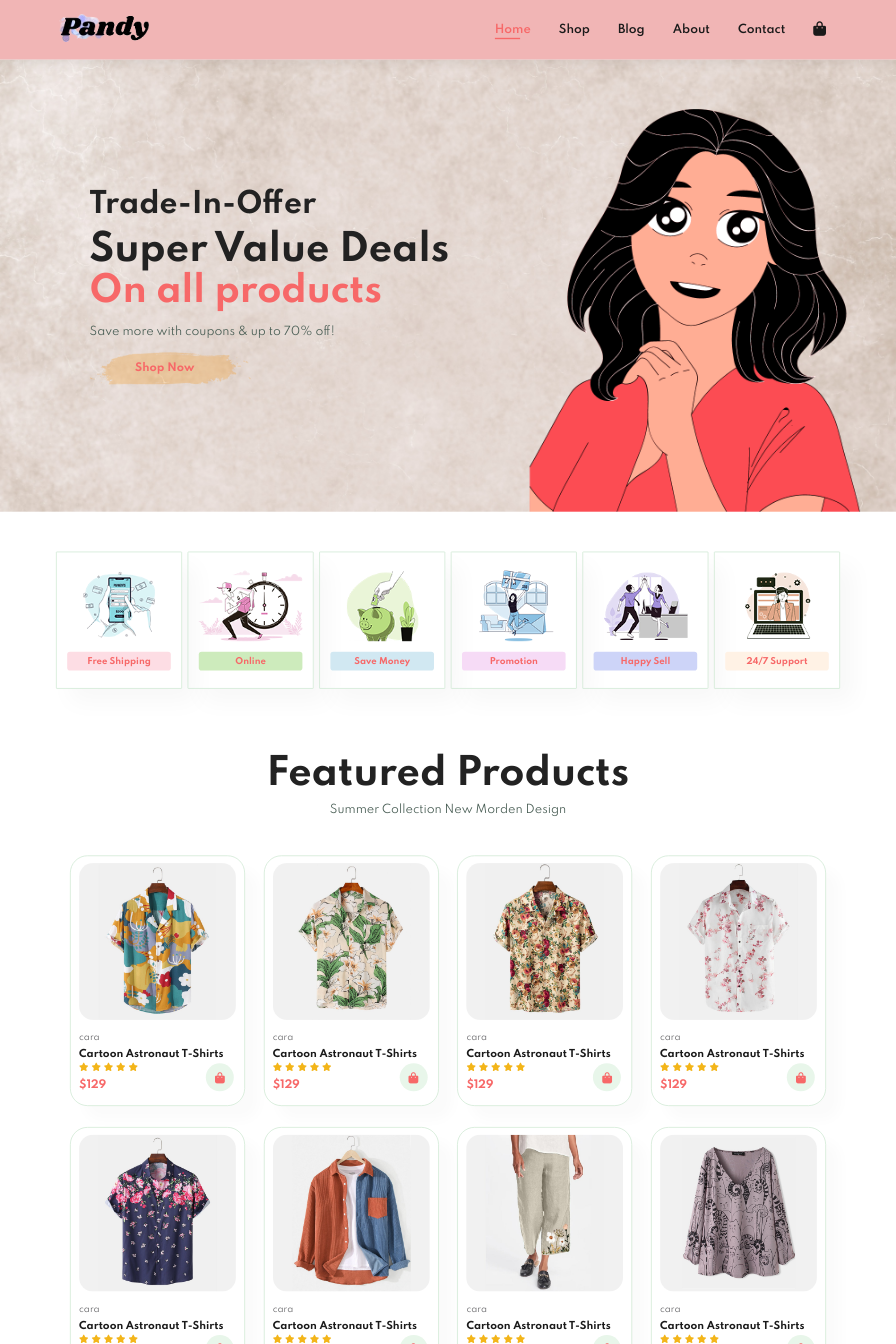
Repository: NassimeElkamari/Pandy-store-Frontend
Page: index.html
The author's editor kept a copy of each file at every save. The page is drawn from the files as they stood at one save, then again after the next save.
The browser window is 1280 px wide. The pictures show the part of the page from y = 0 to 1920 px (the page is 3800 px tall), at 70% of full size.

Above is the page before, as saved 2024-10-05 12:27:48.

### index.html
<!DOCTYPE html>
<html lang="en">
<head>
    <meta charset="UTF-8">
    <title>Pandy store</title>
    <link rel="stylesheet" href="style.css">
    <link rel="stylesheet" href="https://cdnjs.cloudflare.com/ajax/libs/font-awesome/6.5.1/css/all.min.css">
    <link rel="icon" href="img/favicon.ico">
</head>
<body>
    <!--Header-->
    <header id="Header">
        <a href="#"><img src="img/logo (1).png" class="logo"></a>
        <nav>
            <ul id="navbar">
                <li><a href="index.html" class="active">Home</a></li>
                <li><a href="shop.html" class="n-active">Shop</a></li>
                <li><a href="blog.html" class="n-active">Blog</a></li>
                <li><a href="about.html" class="n-active">About</a></li>
                <li><a href="contact.html" class="n-active">Contact</a></li>
                <li class="lg-bag"><a href="cart.html"><i class="fa-solid fa-bag-shopping head-cart"></i></a></li>
                <a id="Close" href="#"><i class="fa-solid fa-xmark"></i></a>
            </ul>
        </nav>
        <div id="mobile">
            <a href="cart.html"><i class="fa-solid fa-bag-shopping head-cart"></i></a>
            <i id="bar" class="fa-solid fa-bars"></i>
        </div>
    </header>

    <!--Hero section-->
    <section id="img-slider">
        <div class="slide active">
            <img src="img/img1.png" >
            <div class="info">
                <h4 class="select-none">Trade-In-Offer</h4>
                <h2 class="select-none">Super Value Deals</h2>
                <h1 class="select-none">On all products</h1>
                <p class="select-none">Save more with coupons & up to 70% off!</p>
                <button>Shop Now</button>
            </div>
        </div>
    </section>

    <!--Feature Section-->

    <section id="feature" class="section-p1">
        <div class="fe-box">
            <img src="img/features (1)/f1.png" >
            <h6>Free Shipping</h6>
        </div>
        <div class="fe-box">
            <img src="img/features (1)/f2.png" >
            <h6>Online</h6>
        </div>
        <div class="fe-box">
            <img src="img/features (1)/f3.png" >
            <h6>Save Money</h6>
        </div>
        <div class="fe-box">
            <img src="img/features (1)/f4.png" >
            <h6>Promotion</h6>
        </div>
        <div class="fe-box">
            <img src="img/features (1)/f5.png" >
            <h6>Happy Sell</h6>
        </div>
        <div class="fe-box">
            <img src="img/features (1)/f6.png" >
            <h6>24/7 Support</h6>
        </div>
    </section>

    <!--Products-->
    <section class="section-p1" id="product1">
        <h2>Featured Products</h2>
        <p>Summer Collection New Morden Design</p>
        <div class="pro-container">
            <div class="pro">
                <img src="img/products (1)/f1.jpg" >
                <div class="des">
                    <span>cara</span>
                    <h5>Cartoon Astronaut T-Shirts</h5>
                    <div class="star">
                        <i class="fa-solid fa-star"></i>
                        <i class="fa-solid fa-star"></i>
                        <i class="fa-solid fa-star"></i>
                        <i class="fa-solid fa-star"></i>
                        <i class="fa-solid fa-star"></i>
                    </div>
                    <h4>$129</h4>
                </div>
                <a href="cart.html" class="cart">
                    <i class="fa-solid fa-bag-shopping"></i>
                </a>
            </div>
            <div class="pro">
                <img src="img/products (1)/f2.jpg" >
                <div class="des">
                    <span>cara</span>
                    <h5>Cartoon Astronaut T-Shirts</h5>
                    <div class="star">
                        <i class="fa-solid fa-star"></i>
                        <i class="fa-solid fa-star"></i>
                        <i class="fa-solid fa-star"></i>
                        <i class="fa-solid fa-star"></i>
                        <i class="fa-solid fa-star"></i>
                    </div>
                    <h4>$129</h4>
                </div>
                <a href="cart.html" class="cart">
                    <i class="fa-solid fa-bag-shopping"></i>
                </a>
            </div>
            <div class="pro">
                <img src="img/products (1)/f3.jpg" >
                <div class="des">
                    <span>cara</span>
                    <h5>Cartoon Astronaut T-Shirts</h5>
                    <div class="star">
                        <i class="fa-solid fa-star"></i>
                        <i class="fa-solid fa-star"></i>
                        <i class="fa-solid fa-star"></i>
                        <i class="fa-solid fa-star"></i>
                        <i class="fa-solid fa-star"></i>
                    </div>
                    <h4>$129</h4>
                </div>
                <a href="cart.html" class="cart">
                    <i class="fa-solid fa-bag-shopping"></i>
                </a>
            </div>
            <div class="pro">
                <img src="img/products (1)/f4.jpg" >
                <div class="des">
                    <span>cara</span>
                    <h5>Cartoon Astronaut T-Shirts</h5>
                    <div class="star">
                        <i class="fa-solid fa-star"></i>
                        <i class="fa-solid fa-star"></i>
                        <i class="fa-solid fa-star"></i>
                        <i class="fa-solid fa-star"></i>
                        <i class="fa-solid fa-star"></i>
                    </div>
                    <h4>$129</h4>
                </div>
                <a href="cart.html" class="cart">
                    <i class="fa-solid fa-bag-shopping"></i>
                </a>
            </div>
            <div class="pro">
                <img src="img/products (1)/f5.jpg" >
                <div class="des">
                    <span>cara</span>
                    <h5>Cartoon Astronaut T-Shirts</h5>
                    <div class="star">
                        <i class="fa-solid fa-star"></i>
                        <i class="fa-solid fa-star"></i>
                        <i class="fa-solid fa-star"></i>
                        <i class="fa-solid fa-star"></i>
                        <i class="fa-solid fa-star"></i>
                    </div>
                    <h4>$129</h4>
                </div>
                <a href="cart.html" class="cart">
                    <i class="fa-solid fa-bag-shopping"></i>
                </a>
            </div>
            <div class="pro">
                <img src="img/products (1)/f6.jpg" >
                <div class="des">
                    <span>cara</span>
                    <h5>Cartoon Astronaut T-Shirts</h5>
                    <div class="star">
                        <i class="fa-solid fa-star"></i>
                        <i class="fa-solid fa-star"></i>
                        <i class="fa-solid fa-star"></i>
                        <i class="fa-solid fa-star"></i>
                        <i class="fa-solid fa-star"></i>
                    </div>
                    <h4>$129</h4>
                </div>
                <a href="cart.html" class="cart">
                    <i class="fa-solid fa-bag-shopping"></i>
                </a>
            </div>
            <div class="pro">
                <img src="img/products (1)/f7.jpg" >
                <div class="des">
                    <span>cara</span>
                    <h5>Cartoon Astronaut T-Shirts</h5>
                    <div class="star">
                        <i class="fa-solid fa-star"></i>
                        <i class="fa-solid fa-star"></i>
                        <i class="fa-solid fa-star"></i>
                        <i class="fa-solid fa-star"></i>
                        <i class="fa-solid fa-star"></i>
                    </div>
                    <h4>$129</h4>
                </div>
                <a href="cart.html" class="cart">
                    <i class="fa-solid fa-bag-shopping"></i>
                </a>
            </div>
            <div class="pro">
                <img src="img/products (1)/f8.jpg" >
                <div class="des">
                    <span>cara</span>
                    <h5>Cartoon Astronaut T-Shirts</h5>
                    <div class="star">
                        <i class="fa-solid fa-star"></i>
                        <i class="fa-solid fa-star"></i>
                        <i class="fa-solid fa-star"></i>
                        <i class="fa-solid fa-star"></i>
                        <i class="fa-solid fa-star"></i>
                    </div>
                    <h4>$129</h4>
                </div>
                <a href="cart.html" class="cart">
                    <i class="fa-solid fa-bag-shopping"></i>
                </a>
            </div>
        </div>
    </section>

    <!--Call to Action-->
    <section id="banner" class="section-m1">
        <h4>Repair Services</h4>
        <h2>Up to <span>70% Off</span> All t-shirt & Accessories</h2>
        <button class="normal">Explore More</button>
    </section>

    <!--Small Banner-->
    <section id="sm-banner" class="section-p1">
        <div class="banner-box">
            <h4>Crazy deals</h4>
            <h2>buy 1 get 1 free</h2>
            <span>The best classic dress is on sale at cara</span>
            <button class="white">Learn More</button>
        </div>
        <div class="banner-box">
            <h4>spring summer</h4>
            <h2>upcoming season</h2>
            <span>The best classic dress is on sale at cara</span>
            <button class="white">Collection</button>
        </div>
    </section>

    <!--Features banner-->
    <section id="banner3">
        <div class="banner-box">
            <h4>SEASON SALE</h4>
            <h3>winter Collection -50% OFF</h3>
        </div>
        <div class="banner-box">
            <h4>NEW FOOTWEAR COLLECTION</h4>
            <h3>spring / summer 2024</h3>
        </div>
        <div class="banner-box">
            <h4>T-SHIRT</h4>
            <h3>New Trendy Prints</h3>
        </div>
    </section>

    <!--NewsLetter-->
    <section id="newsletter" class="section-p1 section-m1">
        <div class="newstext">
        <h4>Sign Up For NewsLetters</h4>
        <p>Get E-mail updates about our latest shop and <span>special offers.</span></p>
        </div>
        <form class="form">
            <input type="text" placeholder="Your email address"/>
            <button class="normal" type="submit">Sign Up</button>
        </form>
    </section>

    <!--Footer-->
    <footer class="section-p1">
        <div class="col">
            <img src="img/logo (1).png" class="logo">
            <h4>Contact</h4>
            <p><strong>Address: </strong>Bettana Salé</p>
            <p><strong>Phone: </strong>+212697690746</p>
            <p><strong>Hours: </strong>10:00 - 18:00, Mon - Sat</p>
            <div class="follow">
                <h4>Follow us</h4>
                <div class="icon">
                    <i class="fa-brands fa-facebook"></i>
                    <i class="fa-brands fa-instagram"></i>
                    <i class="fa-brands fa-linkedin"></i>
                    <i class="fa-brands fa-twitter"></i>
                </div>
            </div>
        </div>
        <div class="col">
            <h4>About</h4>
            <a href="about.html">About Us</a>
            <a href="blog.html">Delivery Information</a>
            <a href="blog.html">Privacy Policy</a>
            <a href="blog.html">Terms &amp; Conditions</a>
            <a href="contact.html">Contact Us</a>
        </div>
        <div class="col">
            <h4>My Account</h4>
            <a href="#">Sign In</a>
            <a href="cart.html">View Cart</a>
            <a href="shop.html">My WishList</a>
            <a href="product.html">Track My Order</a>
            <a href="contact.html">Help</a>
        </div>
        <div class="col install">
            <h4>Install App</h4>
            <p>From App Store or Google Play</p>
            <div class="row">
                <img src="img/pay (1)/app.jpg" >
                <img src="img/pay (1)/play.jpg" >
            </div>
            <p>Secured Payment Gateways</p>
            <img src="img/pay (1)/pay.png" >
        </div>
        <div class="copyright">
            <p>@2024 NassimeElkamari. All Rights Reserved</p>
        </div>
    </footer>

    <script src="main.js"></script>
</body>
</html>

### style.css
/* google font */
@import url('https://fonts.googleapis.com/css2?family=Spartan:wght@100;200;300;400;500;600;700;800;900&display=swap');

:root {
  --primary-color: #f76868;
}

* {
  margin: 0;
  padding: 0;
  box-sizing: border-box;
  font-family: 'Spartan', sans-serif;
}

html {
  scroll-behavior: smooth;
}

/********** Global Styles ************/

h1 {
  font-size: 3.125rem;
  line-height: 4rem;
  color: #222;
}

h2 {
  font-size: 3.255rem;
  line-height: 3.375rem;
  color: #222;
}

h4 {
  font-size: 2.5rem;
  color: #222;
}

h6 {
  font-weight: 700;
  font-size: 12px;
}

p {
  font-size: 16px;
  color: #465b52;
  margin: 15px 0 20px 0;
}

a {
  text-decoration: none;
}

.section-p1 {
  padding: 40px 80px;
}

.section-m1 {
  margin: 40px 0;
}

button.normal {
  font-size: 14px;
  font-weight: 600;
  padding: 15px 30px;
  color: #000;
  background-color: #fff;
  border-radius: 5px;
  cursor: pointer;
  border: none;
  outline: none;
  transition: all 0.3s ease;
}

button.white {
  font-size: 13px;
  font-weight: 600;
  padding: 11px 18px;
  color: #ffffff;
  background-color: transparent;
  cursor: pointer;
  border: 1px solid white;
  outline: none;
  transition: all 0.3s ease;
}

/* header section */

#Header{
    display: flex;
    justify-content: space-between;
    align-items: center;
    padding: 20px 80px;
    background: #f1b5b5;
    box-shadow: 0 5px 15px rgba(0, 0 , 0 , 0.06);
    position: sticky;
    top: 0;
    left: 0;
    z-index: 10;
}

#navbar{
    display: flex;
    align-items: center;
    justify-content: center;
    list-style: none;
}

#navbar li{
    padding: 0 20px;
    position: relative;
}

#navbar li a{
    font-size: 1rem;
    font-weight: 600;
    color: #1a1a1a;
    transition: all 0.3s ease;
}

#navbar li a:hover,
#navbar li a.active {
    color: var(--primary-color);
    transition: 0.5s;
}


#navbar li a::after {
    content: '';
    width: 0;
    height: 2px;
    background-color: var(--primary-color);
    position: absolute;
    bottom: -4px;
    left: 20px;
    transition: 0.4s;
}

#navbar li a:hover::after{
    width: 40%;
}

#navbar li a.active::after{
    width: 40%;
}

.head-cart{
    font-size: 1.3rem;
}

#mobile{
    display: none;
}

#Close{
    display: none;
}

/* hero section*/

#img-slider{
    height: 90vh;
    width: 100%;
    display: flex;
    justify-content: center;
    align-items: center;
    position: relative;
    overflow: hidden;
}

#img-slider .slide img{
    object-fit: cover;
    width: 100vw;
    height: 90vh;
    object-position: top right;
    position: relative;
}

#img-slider .slide .info{
    z-index: 1;
    position: absolute;
    top: 50%;
    transform: translateY(-50%);
    display: flex;
    flex-direction: column;
    align-items: flex-start;
    justify-content: center;
    padding-left: 10%;
}

.select-none{
    user-select: none;
}

#img-slider .slide .info h4{
    padding-bottom: 15px;

}

#img-slider .slide .info h1{
    color: var(--primary-color);
}

#img-slider .slide .info button{
    background: url(img/button\ \(1\).png);
    background-color: transparent;
    color: var(--primary-color);
    border: 0;
    padding: 14px 80px 14px 65px;
    font-size: 15px;
    font-weight: 700;
}

/* feature section*/

#feature{
    display: flex;
    align-items: center;
    justify-content: space-between;
    flex-wrap: wrap;
}

#feature .fe-box{
    width: 180px;
    text-align: center;
    padding: 25px 15px;
    box-shadow: 20px 20px 34px rgba(0, 0 , 0 , 0.03);
    border: 1px solid #cce7d0;
    border-radius: 1px;
    margin: 15px 0;
    cursor: pointer;
    transition: all 0.3s linear;
}

#feature .fe-box:hover{
    box-shadow: 10px 10px 54px rgba(70, 62 , 221 , 0.1);
}

#feature .fe-box img{
    width: 100%;
    margin-bottom: 10px;
}

#feature .fe-box h6{
    padding: 9px 8px 6px 8px;
    background-color: #fddde4;
    border-radius: 4px;
    color: var(--primary-color);
    line-height: 1;
}

#feature .fe-box:nth-child(2) h6{
    background-color: #cdebbc;
}

#feature .fe-box:nth-child(3) h6{
    background-color: #d1e8f2;
}

#feature .fe-box:nth-child(4) h6{
    background-color: #f6dbf6;
}

#feature .fe-box:nth-child(5) h6{
    background-color: #cdd4f8;
}

#feature .fe-box:nth-child(6) h6{
    background-color: #fff2e5;
}

/* product section */

#product1{
    text-align: center;
}

#product1 .pro-container{
    padding: 20px;
    display: flex;
    justify-content: space-between;
    flex-wrap: wrap;
    align-items: center;
}

#product1 .pro-container .pro{
    width: 23%;
    min-width: 250px;
    padding: 10px 12px;
    border: 1px solid #cce7d0;
    border-radius: 25px;
    cursor: pointer;
    box-shadow: 20px 20px 20px rgba(0, 0 , 0 , 0.02);
    margin: 15px 0;
    transition: all 0.3s linear;
    position: relative;
}

#product1 .pro-container .pro:hover{
    box-shadow: 20px 20px 20px rgba(0, 0 , 0 , 0.15);
}

#product1 .pro-container .pro img{
    width: 100%;
    border-radius: 20px;
}

#product1 .pro .des{
    text-align: start;
    padding: 10px 0 ;
}

#product1 .pro .des span{
    color: #606063;
    font-size: 12px;
}

#product1 .pro .des h5{
    padding-top: 7px;
    color: #1a1a1a;
    font-size: 14px;
}

#product1 .pro .des i{
    font-size: 12px;
    color: rgb(243, 181, 25);
}

#product1 .pro .des h4{
    padding-top: 7px;
    font-weight: 700;
    font-size: 15px;
    color: var(--primary-color);
}

#product1 .pro .cart i{
    width: 40px;
    line-height: 40px;
    background-color: #e8f6ea;
    border-radius: 50px;
    color: var(--primary-color);
    position: absolute;
    bottom: 20px;
    right: 15px;
}

/* Call to Action*/

#banner{
    background: url(img/banner/b2\ \(1\).jpg) center/cover;
    height: 40vh;
    width: 100%;
    text-align: center;
    display: flex;
    flex-direction: column;
    align-items: center;
    justify-content: center;
}

#banner h4{
    color: white;
    font-size: 16px;
}

#banner h2{
    color: white;
    font-size: 30px;
    padding: 10px 0;
}

#banner h2 span{
    color: #ef3636;
}

#banner .normal:hover{
    background-color: var(--primary-color);
    color: #fff;
}

/* small box*/

#sm-banner{
    display: flex;
    justify-content: space-around;
    flex-wrap: wrap;
}

#sm-banner .banner-box{
    background: url(img/img1.jpg) center/cover;
    height: 50vh;
    min-width: 47%;
    display: flex;
    align-items: start;
    justify-content: center;
    flex-direction: column;
    padding: 30px;
}

#sm-banner .banner-box h4{
    color: white;
    font-size: 20px;
    font-weight: 300;
}

#sm-banner .banner-box h2{
    color: white;
    font-size: 28px;
    font-weight: 800;
}

#sm-banner .banner-box span{
    color: white;
    font-size: 14px;
    font-weight: 500;
    padding-bottom: 15px;
}

#sm-banner .banner-box:hover button{
    background-color: var(--primary-color);
    border: 1px solid var(--primary-color);
}

#sm-banner .banner-box:nth-child(2){
    background: url(img/banner/b10\ \(1\).jpg);
}

/* banner 3 section*/

#banner3{
    display: flex;
    flex-wrap: wrap;
    justify-content: space-around;
    padding: 0 80px;
}

#banner3 .banner-box{
    background: url(img/img4.jpg) center/cover;
    height: 30vh;
    min-width: 30%;
    display: flex;
    flex-direction: column;
    justify-content: center;
    align-items: flex-start;
    padding: 20px;
    margin-bottom: 20px;
}

#banner3 .banner-box h4{
    color: white;
    font-weight: 900;
    font-size: 22px;
}

#banner3 .banner-box h3{
    color: #ec544e;
    font-weight: 800;
    font-size: 15px;
}

#banner3 .banner-box:nth-child(2){
    background: url(img/img7.jpg) center/cover;
}

#banner3 .banner-box:nth-child(3){
    background: url(img/img3.jpg) center/cover;
}

/*Sign up*/

#newsletter {
    display: flex;
    justify-content: space-between;
    flex-wrap: wrap;
    align-items: center;
    background: url(img/banner/b1\ \(1\).jpg) center/cover;
    padding: 40px 110px;
}

#newsletter h4{
    color: white;
    font-weight: 700;
    font-size: 22px;
}

#newsletter p{
    font-size: 14px;
    font-weight: 600;
    color: #818ea0;

}

#newsletter .newstext span{
    color: #ffbd27;
}

#newsletter input{
    height: 3.125rem;
    padding: 0 1.25rem;
    font-size: 14px;
    width: 100%;
    border: 1px solid transparent;
    border-radius: 5px;
    outline: none;
    border-top-right-radius: 0;
    border-bottom-right-radius: 0;
}

#newsletter button{
    background-color: var(--primary-color);
    color: white;
    white-space: nowrap;
    height: 3.125rem;
    border-radius: 5px;
    border-top-left-radius: 0;
    border-bottom-left-radius: 0;
}

#newsletter .form{
    display: flex;
    width: 40%;

}

/*Footer*/

footer{
    display: flex;
    flex-wrap: wrap;
    justify-content: space-between;
    margin: 40px 0;
}

footer .col{
    display: flex;
    flex-direction: column;
    align-items: flex-start;
    justify-content: space-evenly;
    margin-bottom: 20px;
}

footer .logo{
    cursor: pointer;
    margin-bottom: 30px;
}

footer h4{
    font-size: 14px;
    margin-bottom: 20px;
}

footer p{
    font-size: 13px;
    margin-bottom: 8px;
}

footer a{
    font-size: 13px;
    text-decoration: none;
    color: #222;
}

footer .follow{
    margin-top: 20px;
}

footer .follow i{
    color: #465b52;
    margin-right: 4px;
}

footer .follow i:hover{
    color: var(--primary-color);
}

footer .install .row img{
    border: 1px solid var(--primary-color);
    border-radius: 6px;
    cursor: pointer;
}

footer .install img {
    margin: 10px 0 15px
}

footer .copyright{
    text-align: center;
    width: 100%;
    text-decoration: underline;
}

Loaded but not shown: main.js (no stored copy; drawn as an empty file)

After the next save:
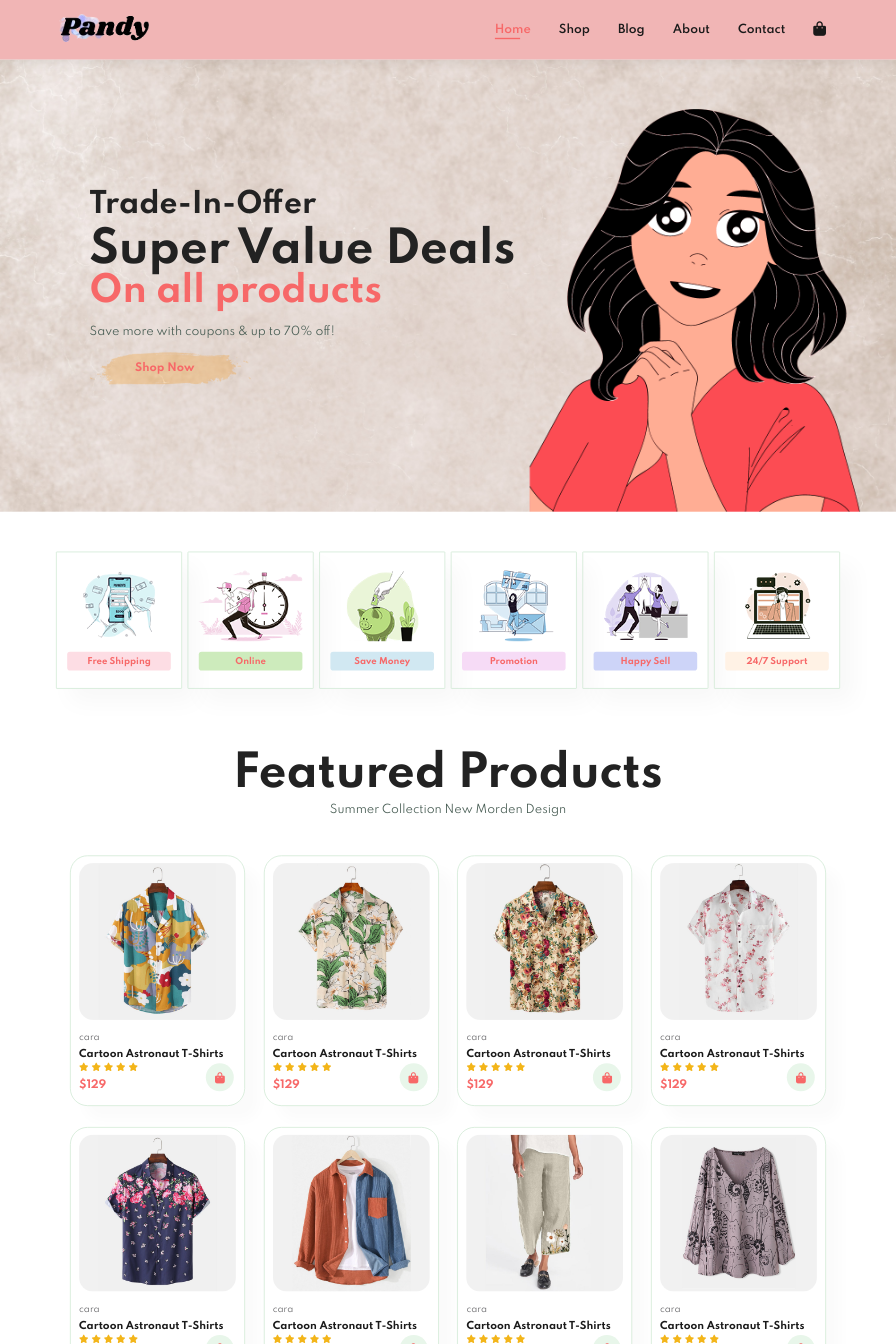
Saved 7 s later.
--- a/style.css
+++ b/style.css
@@ -25,7 +25,7 @@ h1 {
 }
 
 h2 {
-  font-size: 3.255rem;
+  font-size: 3.855rem;
   line-height: 3.375rem;
   color: #222;
 }
